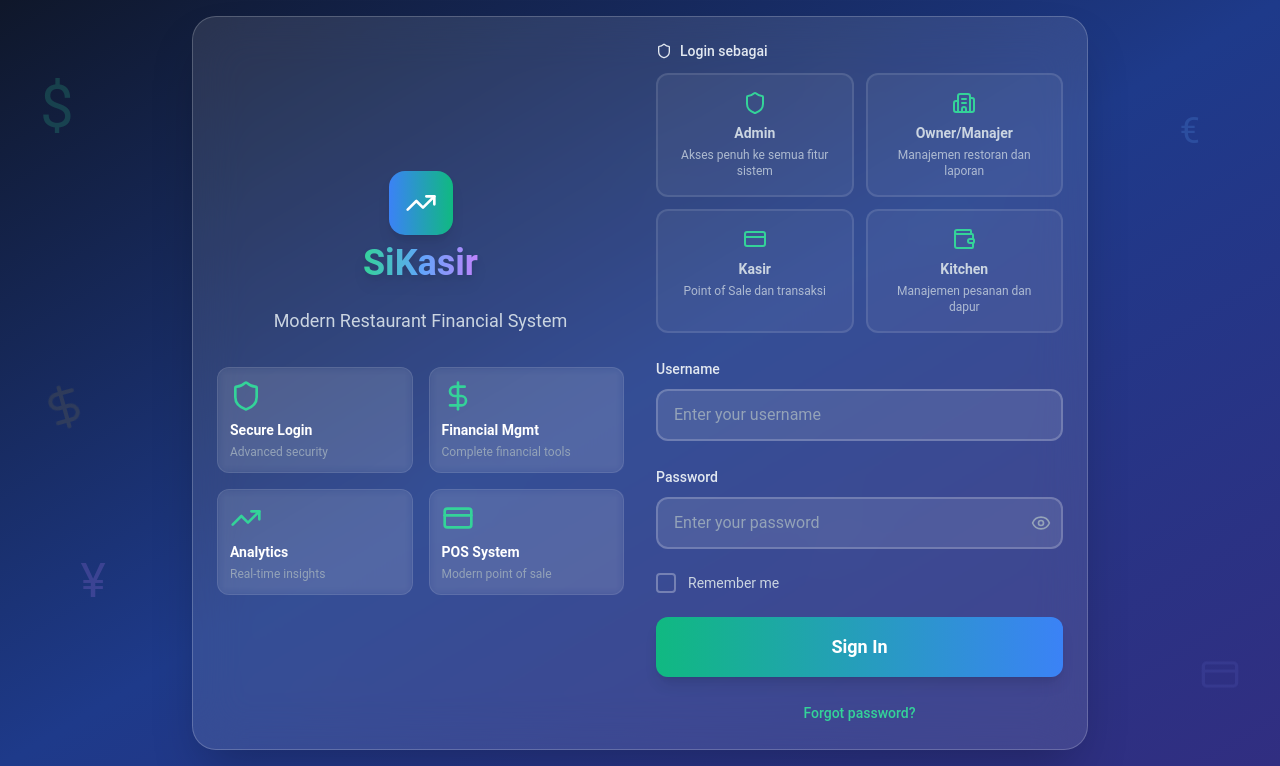
Repository: luthfirf17/SiKasir
Page: / (app in frontend/)
These files come from the project's save history. The page is drawn as it stood at one moment and after the next save; the edit follows.
The browser window is 1280 px wide. The pictures show the whole page.
The page's requests for data from a server got no answer. The project was rebuilt for these pictures with package versions that can differ from the ones it lists, and the page was loaded fresh each time. No one was signed in, and anything a server would have sent is missing. Also part of the build but not shown: frontend/src/modules/admin/config/navigationConfig.ts, frontend/src/modules/admin/components/ModernAdminNavigation.tsx, frontend/src/modules/admin/components/AdminNavbar.tsx, frontend/src/modules/admin/layouts/AdminLayout.tsx, frontend/src/modules/admin/pages/DashboardPage.tsx, frontend/src/services/MenuService.ts, frontend/src/utils/menuDataConverter.ts, frontend/src/hooks/useMenuData.ts and 19 more.

Above is the page before, as saved 2025-09-25 17:43:18.

After the next save:
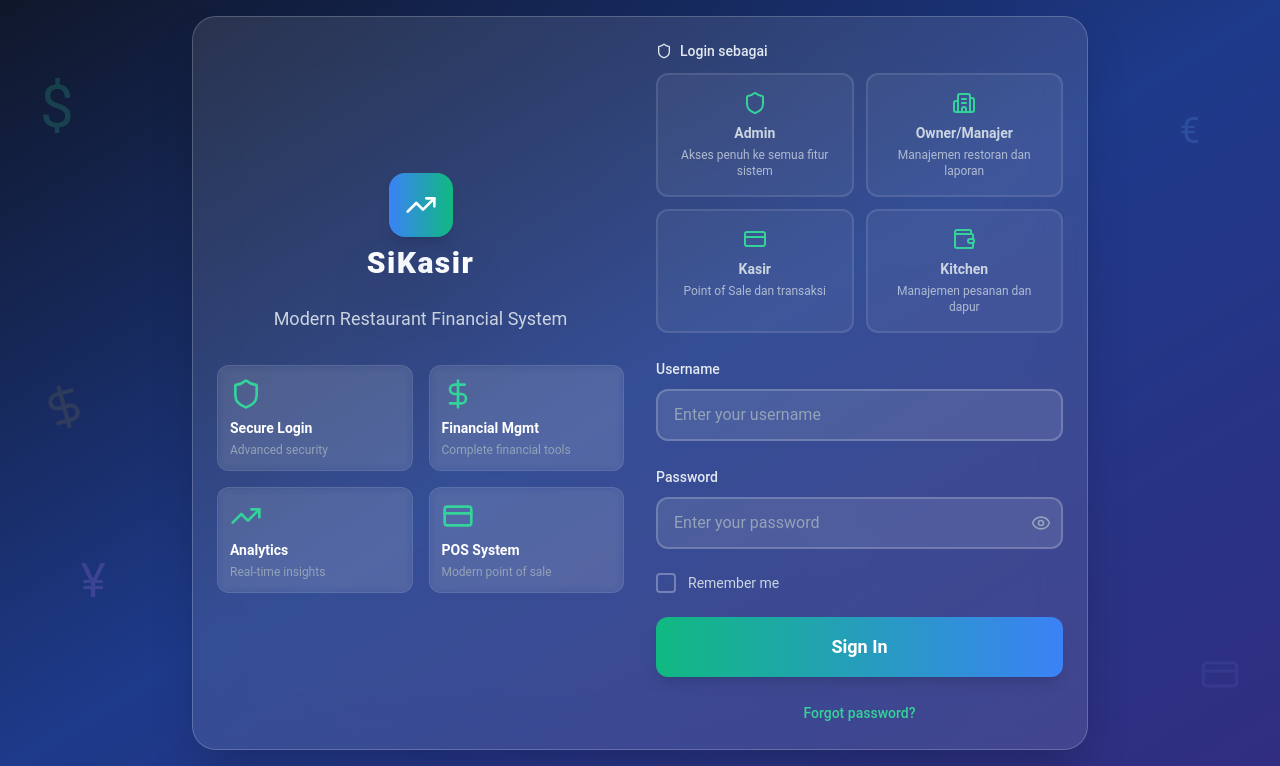
Saved 7 s later.
--- a/frontend/src/pages/LoginPage.tsx
+++ b/frontend/src/pages/LoginPage.tsx
@@ -203,9 +203,17 @@ const LoginPage = () => {
                   <div className="p-4 bg-gradient-to-r from-blue-500 to-emerald-500 rounded-2xl shadow-lg transform hover:scale-110 transition-transform duration-300">
                     <TrendingUp className="h-8 w-8 text-white" />
                   </div>
-                  <h1 className="text-3xl lg:text-4xl font-bold text-center bg-gradient-to-r from-emerald-400 via-blue-400 to-purple-400 bg-clip-text text-transparent drop-shadow-lg hover:from-emerald-300 hover:via-blue-300 hover:to-purple-300 transition-all duration-500">
-                    SiKasir
-                  </h1>
+                  <div className="relative">
+                              <div className="relative">
+            <h1 className="text-3xl font-black text-center text-white drop-shadow-2xl tracking-wider hover:text-slate-50 transition-all duration-700">
+              <span className="bg-gradient-to-r from-white via-slate-100 to-white bg-clip-text text-transparent">
+                SiKasir
+              </span>
+            </h1>
+            <div className="absolute inset-0 bg-gradient-to-r from-amber-200/10 via-transparent to-amber-200/10 opacity-0 hover:opacity-100 transition-opacity duration-700 rounded-lg blur-sm pointer-events-none"></div>
+          </div>
+                    <div className="absolute inset-0 bg-gradient-to-r from-amber-200/10 via-transparent to-amber-200/10 opacity-0 hover:opacity-100 transition-opacity duration-700 rounded-lg blur-sm pointer-events-none"></div>
+                  </div>
                 </div>
                 <p className="text-slate-300 text-lg mb-8 text-center">
                   Modern Restaurant Financial System
@@ -285,8 +293,11 @@ const LoginPage = () => {
             <div className="p-4 bg-gradient-to-r from-blue-500 to-emerald-500 rounded-2xl shadow-lg transform hover:scale-110 transition-transform duration-300">
               <TrendingUp className="h-8 w-8 text-white" />
             </div>
-            <h1 className="text-3xl font-bold text-center bg-gradient-to-r from-emerald-400 via-blue-400 to-purple-400 bg-clip-text text-transparent drop-shadow-lg hover:from-emerald-300 hover:via-blue-300 hover:to-purple-300 transition-all duration-500">
-              SiKasir
+            <h1 className="text-3xl font-black text-center text-white drop-shadow-2xl tracking-wider hover:text-slate-50 transition-all duration-700 relative">
+              <span className="bg-gradient-to-r from-white via-slate-100 to-white bg-clip-text text-transparent">
+                SiKasir
+              </span>
+              <div className="absolute inset-0 bg-gradient-to-r from-amber-200/10 via-transparent to-amber-200/10 opacity-0 hover:opacity-100 transition-opacity duration-700 rounded-lg blur-sm"></div>
             </h1>
           </div>
           <p className="text-slate-300 text-sm text-center">
